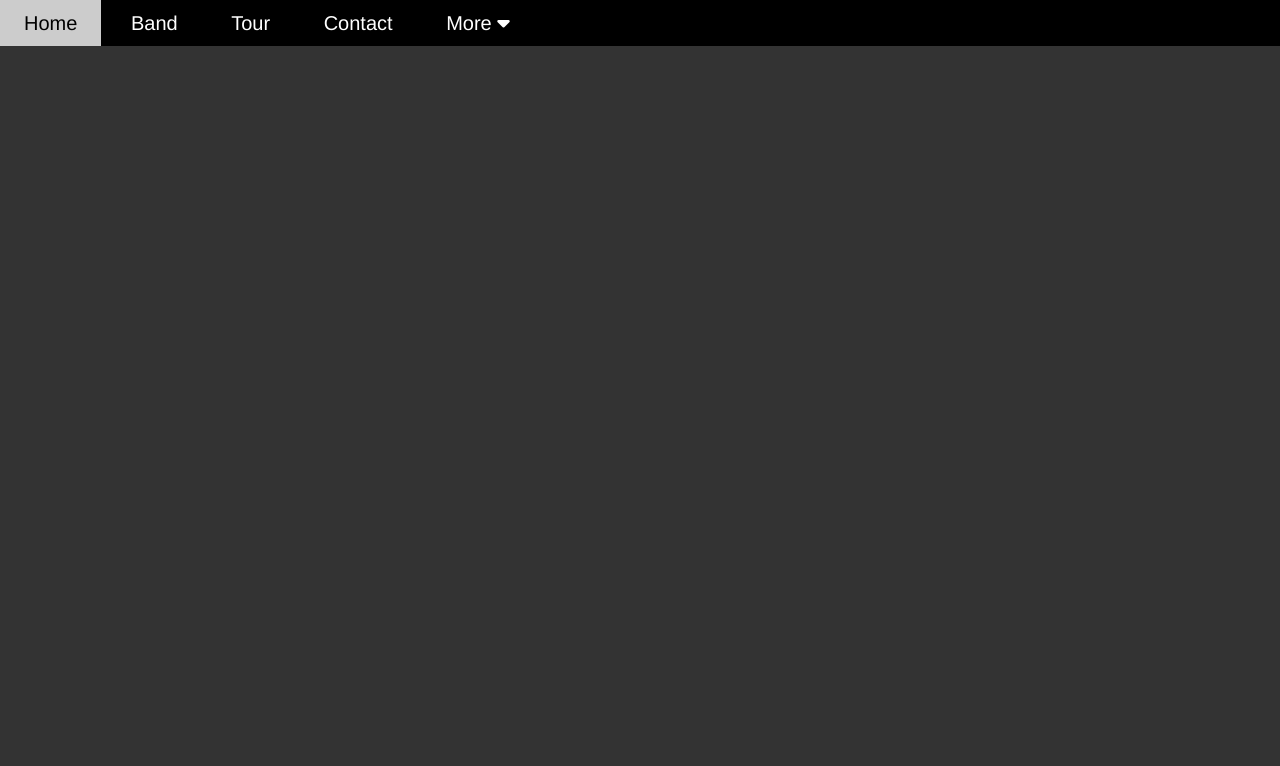
Repository: nugort/nugort.github.io
Page: f8/the-band/index.html
The author's editor kept a copy of each file at every save. The page is drawn from the files as they stood at one save, then again after the next save.
The browser window is 1280 px wide. The pictures show the whole page.
Some web libraries are served in a nearby version.

Above is the page before, as saved 2022-02-07 03:49:20.

After the next save:
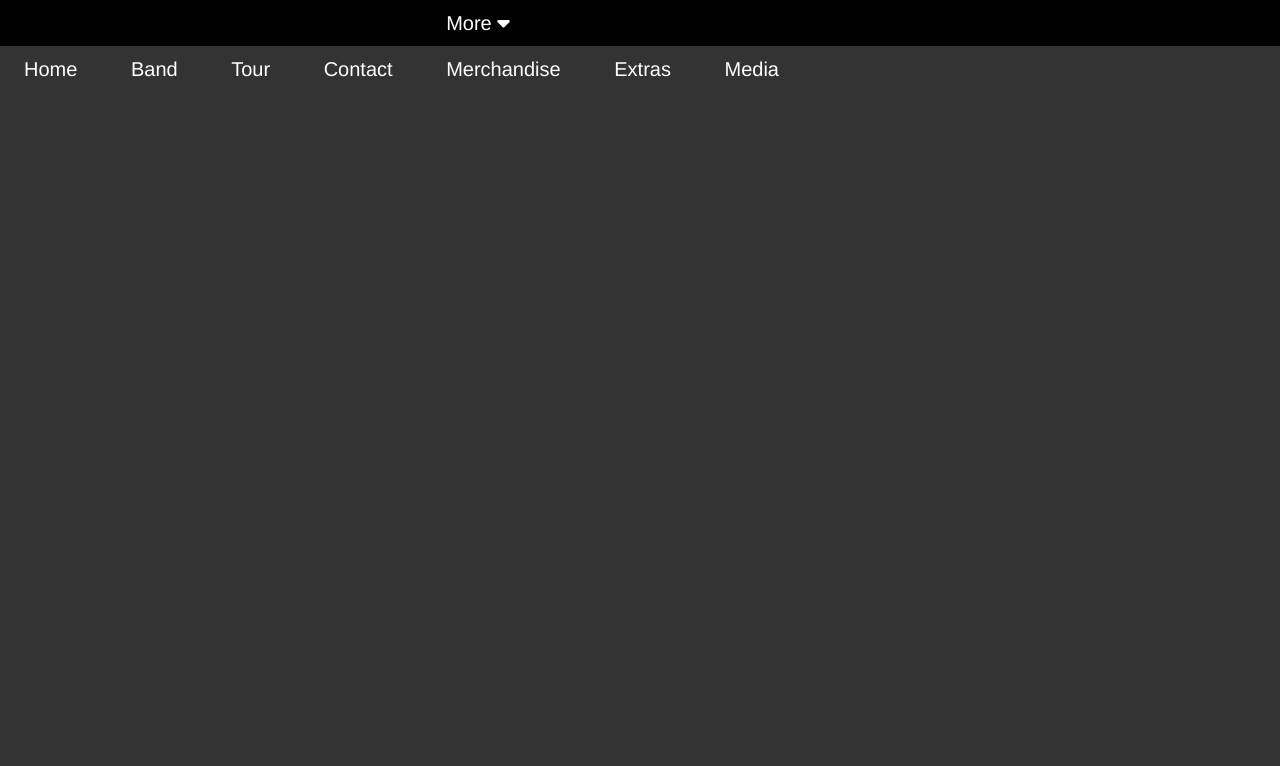
Saved 106 s later.
--- a/f8/the-band/assets/css/styles.css
+++ b/f8/the-band/assets/css/styles.css
@@ -94,12 +94,12 @@ Bôi đen điểm chung -> CTRL +  SHIFT + L -> Mũi tên qua phải ( > ) -> CT
 }
 
 #nav .subnav {
-    display: none;
+    /* display: none; */
 }
 
 #slider {
 height: 100vh;
-background-color: #333;
+background-color: #333  ;
 }
 
 #content {
